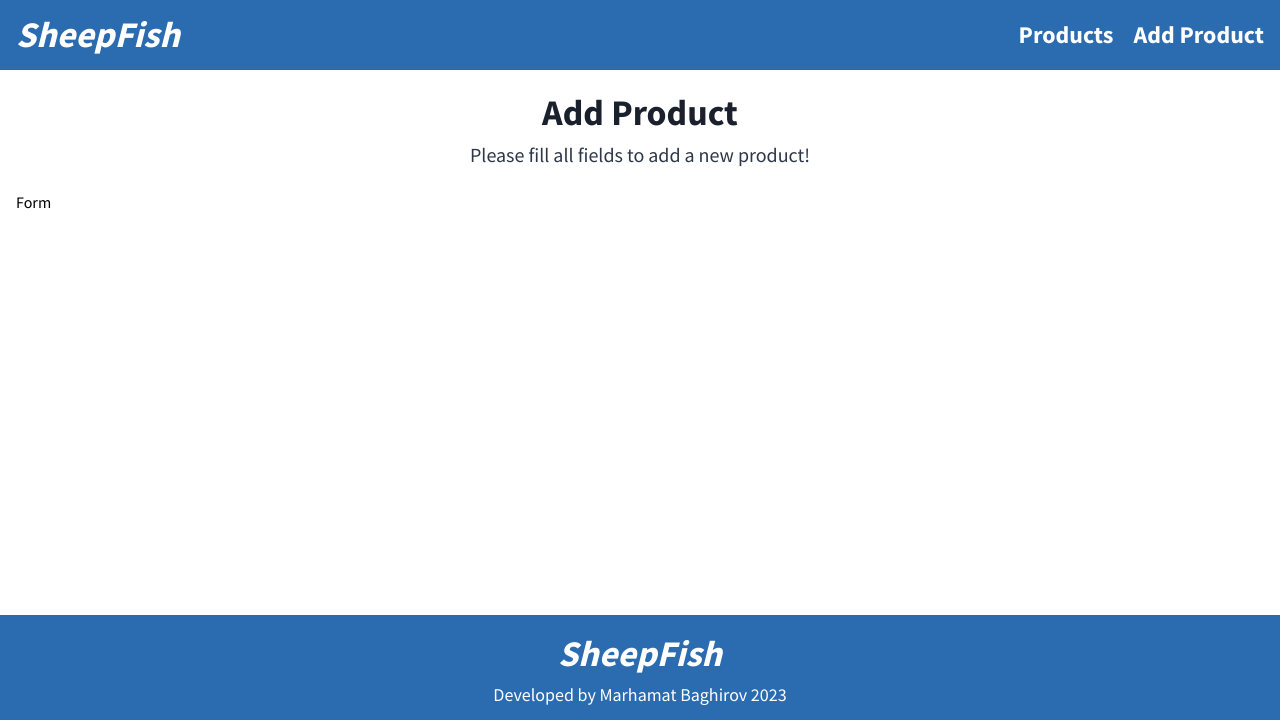
Repository: Marhamat92/sheep-fish-task
Page: /products/add
These files come from the project's save history. The page is drawn as it stood at one moment and after the next save; the edit follows.
The browser window is 1280 px wide. The pictures show the whole page.
The project was rebuilt for these pictures with package versions that can differ from the ones it lists, and the page was loaded fresh each time. Also part of the build but not shown: src/App.css, src/components/SearchField.tsx, src/components/ListTable.tsx, src/pages/Products/ProductList.tsx.

Above is the page before, as saved 2023-03-28 19:42:34.

After the next save:
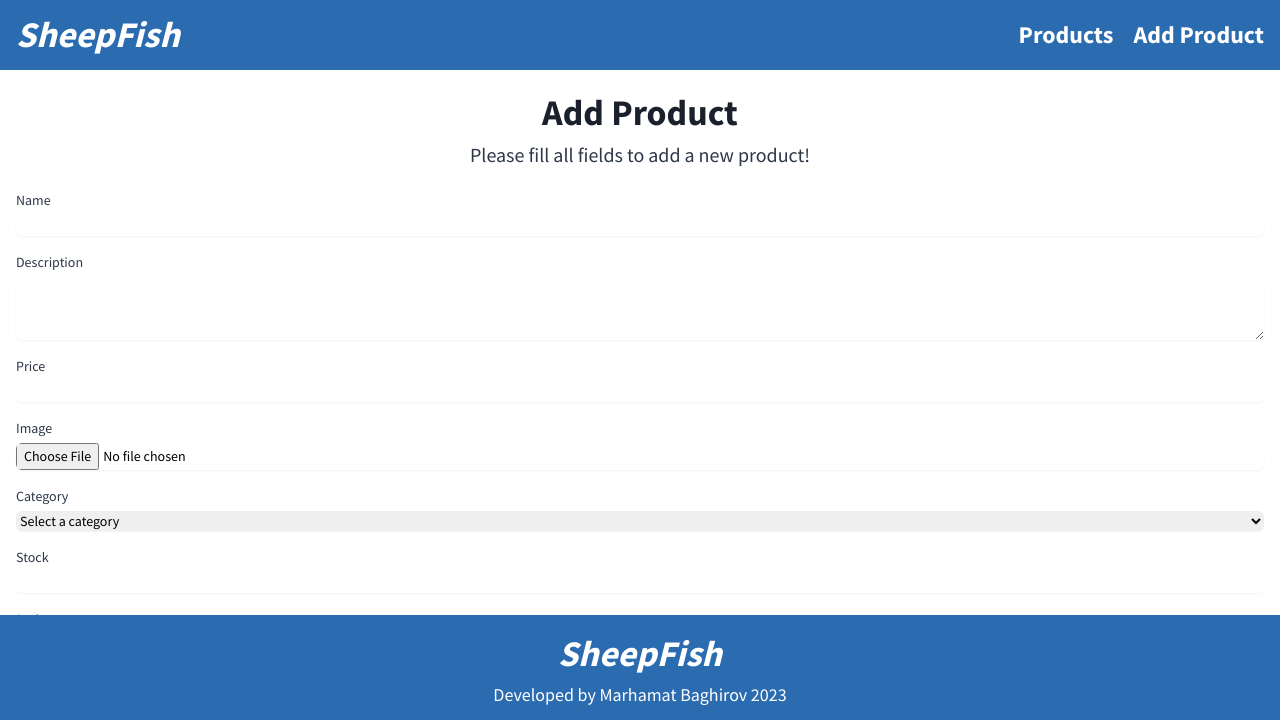
Saved 77 s later.
--- a/src/components/Form.tsx
+++ b/src/components/Form.tsx
@@ -3,7 +3,119 @@
 type Props = {};
 
 const Form = (props: Props) => {
-  return <div className='mt-5'>Form</div>;
+  return (
+    <div className='mt-5'>
+      <form className='flex flex-col'>
+        <div className='flex flex-col'>
+          <label
+            htmlFor='name'
+            className='text-textSecondary text-sm font-medium'
+          >
+            Name
+          </label>
+          <input
+            type='text'
+            name='name'
+            id='name'
+            className='mt-1 focus:ring-indigo-500 focus:border-indigo-500 block w-full shadow-sm sm:text-sm border-gray-300 rounded-md'
+          />
+        </div>
+        <div className='flex flex-col mt-4'>
+          <label
+            htmlFor='description'
+            className='text-textSecondary text-sm font-medium'
+          >
+            Description
+          </label>
+          <textarea
+            name='description'
+            id='description'
+            rows={3}
+            className='mt-1 focus:ring-indigo-500 focus:border-indigo-500 block w-full shadow-sm sm:text-sm border-gray-300 rounded-md'
+            defaultValue={""}
+          />
+        </div>
+        <div className='flex flex-col mt-4'>
+          <label
+            htmlFor='price'
+            className='text-textSecondary text-sm font-medium'
+          >
+            Price
+          </label>
+          <input
+            type='number'
+            name='price'
+            id='price'
+            className='mt-1 focus:ring-indigo-500 focus:border-indigo-500 block w-full shadow-sm sm:text-sm border-gray-300 rounded-md'
+          />
+        </div>
+        <div className='flex flex-col mt-4'>
+          <label
+            htmlFor='image'
+            className='text-textSecondary text-sm font-medium'
+          >
+            Image
+          </label>
+          <input
+            type='file'
+            name='image'
+            id='image'
+            className='mt-1 focus:ring-indigo-500 focus:border-indigo-500 block w-full shadow-sm sm:text-sm border-gray-300 rounded-md'
+          />
+        </div>
+        <div className='flex flex-col mt-4'>
+          <label
+            htmlFor='category'
+            className='text-textSecondary text-sm font-medium'
+          >
+            Category
+          </label>
+          <select
+            name='category'
+            id='category'
+            className='mt-1 focus:ring-indigo-500 focus:border-indigo-500 block w-full shadow-sm sm:text-sm border-gray-300 rounded-md'
+          >
+            <option value=''>Select a category</option>
+            <option value='electronics'>Electronics</option>
+          </select>
+        </div>
+        <div className='flex flex-col mt-4'>
+          <label
+            htmlFor='stock'
+            className='text-textSecondary text-sm font-medium'
+          >
+            Stock
+          </label>
+          <input
+            type='number'
+            name='stock'
+            id='stock'
+            className='mt-1 focus:ring-indigo-500 focus:border-indigo-500 block w-full shadow-sm sm:text-sm border-gray-300 rounded-md'
+          />
+        </div>
+        <div className='flex flex-col mt-4'>
+          <label
+            htmlFor='rating'
+            className='text-textSecondary text-sm font-medium'
+          >
+            Rating
+          </label>
+          <input
+            type='number'
+            name='rating'
+            id='rating'
+            className='mt-1 focus:ring-indigo-500 focus:border-indigo-500 block w-full shadow-sm sm:text-sm border-gray-300 rounded-md'
+          />
+        </div>
+        <button
+          type='submit'
+          className='mt-4 bg-indigo-500 hover:bg-indigo-700 text-white font-bold py-2 px-4 rounded'
+        >
+          Add Product
+        </button>
+      </form>
+    </div>
+  );
 };
 
 export default Form;
